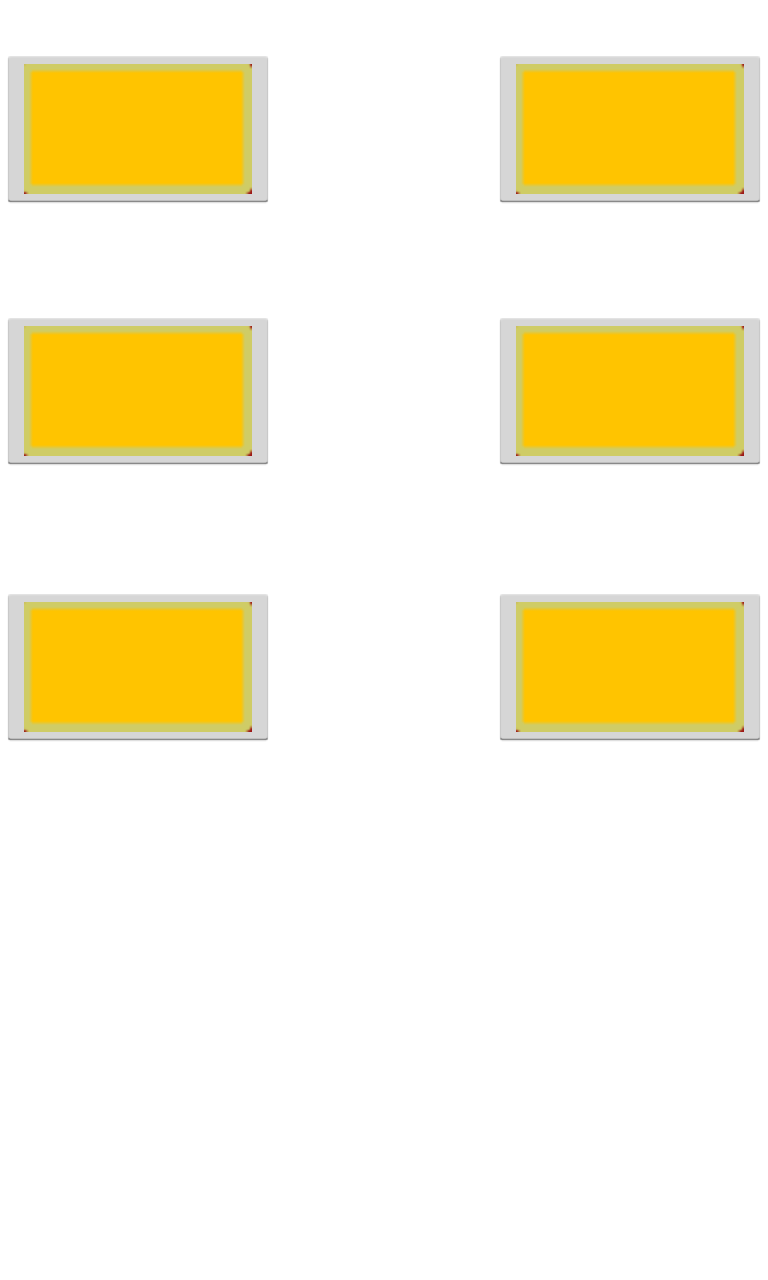
Repository: Ponokefalos/Order-Samos
Layout: Order@Samos/res/layout/activity_main_menu.xml
The author's editor kept a copy of each file at every save. The layout is drawn from the files as they stood at one save, then again after the next save.
It is drawn on a 768 x 1280 px phone screen (xhdpi) without system bars, with theme AppTheme; the app's code is not run.

Above is the layout before, as saved 2014-01-26 18:09:01.

After the next save:
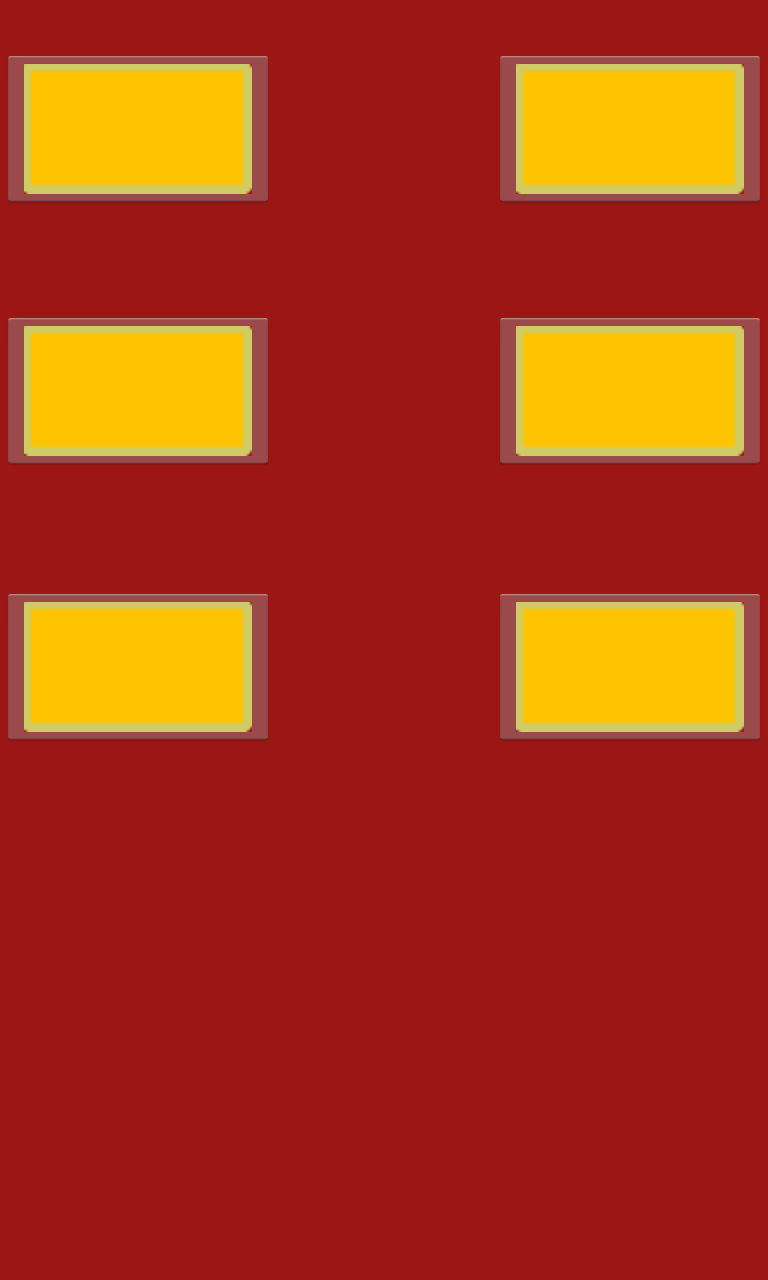
Saved 6 s later.
--- a/Order@Samos/res/layout/activity_main_menu.xml
+++ b/Order@Samos/res/layout/activity_main_menu.xml
@@ -2,7 +2,7 @@
 <RelativeLayout xmlns:android="http://schemas.android.com/apk/res/android"
     android:layout_width="match_parent"
     android:layout_height="match_parent"
-    android:background="9c1616" >
+    android:background="#9c1616" >
 
     <ScrollView
         android:id="@+id/scrollView1"
